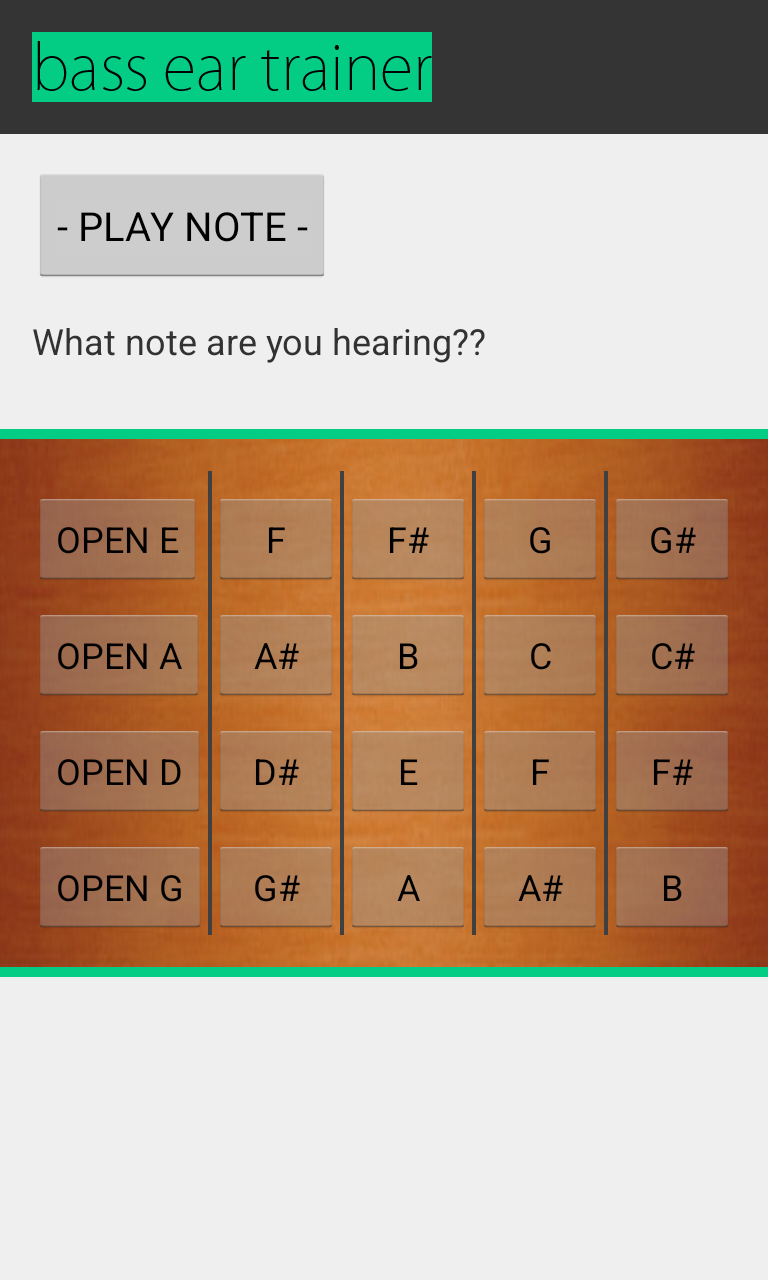
Repository: elliott-ribner/android-guitar-trainer
Layout: randomnotegenerator/res/layout/activity_main.xml
An editor plug-in stored every save of this project. The layout is shown before and after the next save, followed by the edit.
It is drawn on a 768 x 1280 px phone screen (xhdpi) without system bars, with theme AppTheme; the app's code is not run.

Above is the layout before, as saved 2014-06-15 19:09:27.

### randomnotegenerator/res/layout/activity_main.xml
<LinearLayout xmlns:android="http://schemas.android.com/apk/res/android"
    xmlns:tools="http://schemas.android.com/tools"
    android:layout_width="match_parent"
    android:layout_height="match_parent"
    android:background="#efefef"
    android:orientation="vertical"
    tools:context="com.elliott.randomnotegenerator.MainActivity$PlaceholderFragment" >

    <LinearLayout
        android:layout_width="fill_parent"
        android:layout_height="wrap_content"
        android:background="#343434"
        android:paddingBottom="@dimen/activity_vertical_margin"
        android:paddingLeft="@dimen/activity_horizontal_margin"
        android:paddingRight="@dimen/activity_horizontal_margin"
        android:paddingTop="@dimen/activity_vertical_margin" >

        <LinearLayout
            android:layout_width="wrap_content"
            android:layout_height="wrap_content"
            android:background="@drawable/title"
            android:paddingBottom="@dimen/activity_vertical_margin"
            android:paddingLeft="@dimen/activity_horizontal_margin"
            android:paddingRight="@dimen/activity_horizontal_margin"
            android:paddingTop="@dimen/activity_vertical_margin" />
    </LinearLayout>

    <LinearLayout
        android:layout_width="fill_parent"
        android:layout_height="wrap_content"
        android:orientation="vertical"
        android:paddingBottom="@dimen/activity_vertical_margin"
        android:paddingLeft="@dimen/activity_horizontal_margin"
        android:paddingRight="@dimen/activity_horizontal_margin"
        android:paddingTop="@dimen/activity_vertical_margin" >

        <Button
            android:id="@+id/ButtonPlay"
            android:layout_width="wrap_content"
            android:layout_height="wrap_content"
            android:paddingBottom="@dimen/activity_vertical_margin"
            android:paddingTop="@dimen/activity_vertical_margin"
            android:text="@string/play"
            android:textSize="20sp" />

        <TextView
            android:id="@+id/promptBox"
            android:layout_width="wrap_content"
            android:layout_height="wrap_content"
            android:paddingBottom="@dimen/activity_vertical_margin"
            android:paddingTop="@dimen/activity_vertical_margin"
            android:text="@string/prompt"
            android:textSize="18sp" />
    </LinearLayout>

    <LinearLayout
        android:layout_width="fill_parent"
        android:layout_height="5dip"
        android:background="#03cc85"
        android:paddingBottom="@dimen/activity_vertical_margin"
        android:paddingLeft="@dimen/activity_horizontal_margin"
        android:paddingRight="@dimen/activity_horizontal_margin"
        android:paddingTop="@dimen/activity_vertical_margin" />

    <LinearLayout
        android:layout_width="fill_parent"
        android:layout_height="wrap_content"
        android:background="@drawable/background"
        android:orientation="horizontal"
        android:paddingBottom="@dimen/activity_vertical_margin"
        android:paddingLeft="@dimen/activity_horizontal_margin"
        android:paddingRight="@dimen/activity_horizontal_margin"
        android:paddingTop="@dimen/activity_vertical_margin" >

        <LinearLayout
            android:layout_width="wrap_content"
            android:layout_height="wrap_content"
            android:orientation="vertical" >

            <Button
                android:id="@+id/ButtonEL"
                android:layout_width="wrap_content"
                android:layout_height="wrap_content"
                android:layout_marginTop="10dp"
                android:text="@string/el" />

            <Button
                android:id="@+id/ButtonAL"
                android:layout_width="wrap_content"
                android:layout_height="wrap_content"
                android:layout_marginTop="10dp"
                android:text="@string/al" />

            <Button
                android:id="@+id/ButtonD"
                android:layout_width="wrap_content"
                android:layout_height="wrap_content"
                android:layout_marginTop="10dp"
                android:text="@string/d" />

            <Button
                android:id="@+id/ButtonG"
                android:layout_width="wrap_content"
                android:layout_height="wrap_content"
                android:layout_marginTop="10dp"
                android:text="@string/g" />
        </LinearLayout>

        <View
            android:layout_width="2dip"
            android:layout_height="fill_parent"
            android:background="#404040" />

        <LinearLayout
            android:layout_width="wrap_content"
            android:layout_height="wrap_content"
            android:orientation="vertical" >

            <Button
                android:id="@+id/ButtonFL"
                android:layout_width="wrap_content"
                android:layout_height="wrap_content"
                android:layout_marginTop="10dp"
                android:text="@string/fl" />

            <Button
                android:id="@+id/ButtonASL"
                android:layout_width="wrap_content"
                android:layout_height="wrap_content"
                android:layout_marginTop="10dp"
                android:text="@string/asl" />

            <Button
                android:id="@+id/ButtonDS"
                android:layout_width="wrap_content"
                android:layout_height="wrap_content"
                android:layout_marginTop="10dp"
                android:text="@string/ds" />

            <Button
                android:id="@+id/ButtonGS"
                android:layout_width="wrap_content"
                android:layout_height="wrap_content"
                android:layout_marginTop="10dp"
                android:text="@string/gs" />
        </LinearLayout>

        <View
            android:layout_width="2dip"
            android:layout_height="fill_parent"
            android:background="#404040" />

        <LinearLayout
            android:layout_width="wrap_content"
            android:layout_height="wrap_content"
            android:orientation="vertical" >

            <Button
                android:id="@+id/ButtonFSL"
                android:layout_width="wrap_content"
                android:layout_height="wrap_content"
                android:layout_marginTop="10dp"
                android:text="@string/fsl" />

            <Button
                android:id="@+id/ButtonBL"
                android:layout_width="wrap_content"
                android:layout_height="wrap_content"
                android:layout_marginTop="10dp"
                android:text="@string/bl" />

            <Button
                android:id="@+id/ButtonE"
                android:layout_width="wrap_content"
                android:layout_height="wrap_content"
                android:layout_marginTop="10dp"
                android:text="@string/e" />

            <Button
                android:id="@+id/ButtonA"
                android:layout_width="wrap_content"
                android:layout_height="wrap_content"
                android:layout_marginTop="10dp"
                android:text="@string/a" />
        </LinearLayout>

        <View
            android:layout_width="2dip"
            android:layout_height="fill_parent"
            android:background="#404040" />

        <LinearLayout
            android:layout_width="wrap_content"
            android:layout_height="wrap_content"
            android:orientation="vertical" >

            <Button
                android:id="@+id/ButtonGL"
                android:layout_width="wrap_content"
                android:layout_height="wrap_content"
                android:layout_marginTop="10dp"
                android:text="@string/gl" />

            <Button
                android:id="@+id/ButtonC"
                android:layout_width="wrap_content"
                android:layout_height="wrap_content"
                android:layout_marginTop="10dp"
                android:text="@string/c" />

            <Button
                android:id="@+id/ButtonF"
                android:layout_width="wrap_content"
                android:layout_height="wrap_content"
                android:layout_marginTop="10dp"
                android:text="@string/f" />

            <Button
                android:id="@+id/ButtonAS"
                android:layout_width="wrap_content"
                android:layout_height="wrap_content"
                android:layout_marginTop="10dp"
                android:text="@string/as" />
        </LinearLayout>

        <View
            android:layout_width="2dip"
            android:layout_height="fill_parent"
            android:background="#404040" />

        <LinearLayout
            android:layout_width="wrap_content"
            android:layout_height="wrap_content"
            android:orientation="vertical" >

            <Button
                android:id="@+id/ButtonGSL"
                android:layout_width="wrap_content"
                android:layout_height="wrap_content"
                android:layout_marginTop="10dp"
                android:text="@string/gsl" />

            <Button
                android:id="@+id/ButtonCS"
                android:layout_width="wrap_content"
                android:layout_height="wrap_content"
                android:layout_marginTop="10dp"
                android:text="@string/cs" />

            <Button
                android:id="@+id/ButtonFS"
                android:layout_width="wrap_content"
                android:layout_height="wrap_content"
                android:layout_marginTop="10dp"
                android:text="@string/fs" />

            <Button
                android:id="@+id/ButtonB"
                android:layout_width="wrap_content"
                android:layout_height="wrap_content"
                android:layout_marginTop="10dp"
                android:text="@string/b" />
        </LinearLayout>
    </LinearLayout>

    <LinearLayout
        android:layout_width="fill_parent"
        android:layout_height="5dip"
        android:background="#03cc85"
        android:paddingBottom="@dimen/activity_vertical_margin"
        android:paddingLeft="@dimen/activity_horizontal_margin"
        android:paddingRight="@dimen/activity_horizontal_margin"
        android:paddingTop="@dimen/activity_vertical_margin" />

    <LinearLayout
        android:layout_width="fill_parent"
        android:layout_height="wrap_content"
        android:orientation="vertical"
        android:paddingBottom="@dimen/activity_vertical_margin"
        android:paddingLeft="@dimen/activity_horizontal_margin"
        android:paddingRight="@dimen/activity_horizontal_margin"
        android:paddingTop="@dimen/activity_vertical_margin" >

        <TextView
            android:id="@+id/resultBox"
            android:layout_width="wrap_content"
            android:layout_height="wrap_content"
            android:text="@string/result"
            android:textSize="24sp" />
    </LinearLayout>

</LinearLayout>

### randomnotegenerator/res/values/strings.xml
<?xml version="1.0" encoding="utf-8"?>
<resources>

    <string name="app_name">Bass Guitar Ear Trainer</string>
    <string name="hello_world">Hello world!</string>
    <string name="action_settings">Settings</string>
	<string name="play">- PLAY NOTE -</string>
	<string name="prompt">What note are you hearing??</string>
	<string name="result"></string>
	<string name="c">C</string>
	<string name="cs">C#</string>
	<string name="d">OPEN D</string>
	<string name="ds">D#</string>
	<string name="e">E</string>
	<string name="f">F</string>
	<string name="fs">F#</string>
	<string name="g">OPEN G</string>
	<string name="gs">G#</string>
	<string name="a"> A</string>
	<string name="as">A#</string>
	<string name="b">B</string>
	<string name="el">OPEN E</string>
	<string name="fl">F</string>
	<string name="fsl">F#</string>
	<string name="gl">G</string>
	<string name="gsl">G#</string>
	<string name="al">OPEN A</string>
	<string name="asl">A#</string>
	<string name="bl">B</string>

</resources>

Loaded but not shown: randomnotegenerator/res/values/styles.xml (common file); randomnotegenerator/res/values-v11/styles.xml (common file); randomnotegenerator/res/values-v14/styles.xml (common file); randomnotegenerator/res/values/dimens.xml (common file); randomnotegenerator/res/values-w820dp/dimens.xml (common file)

After the next save:
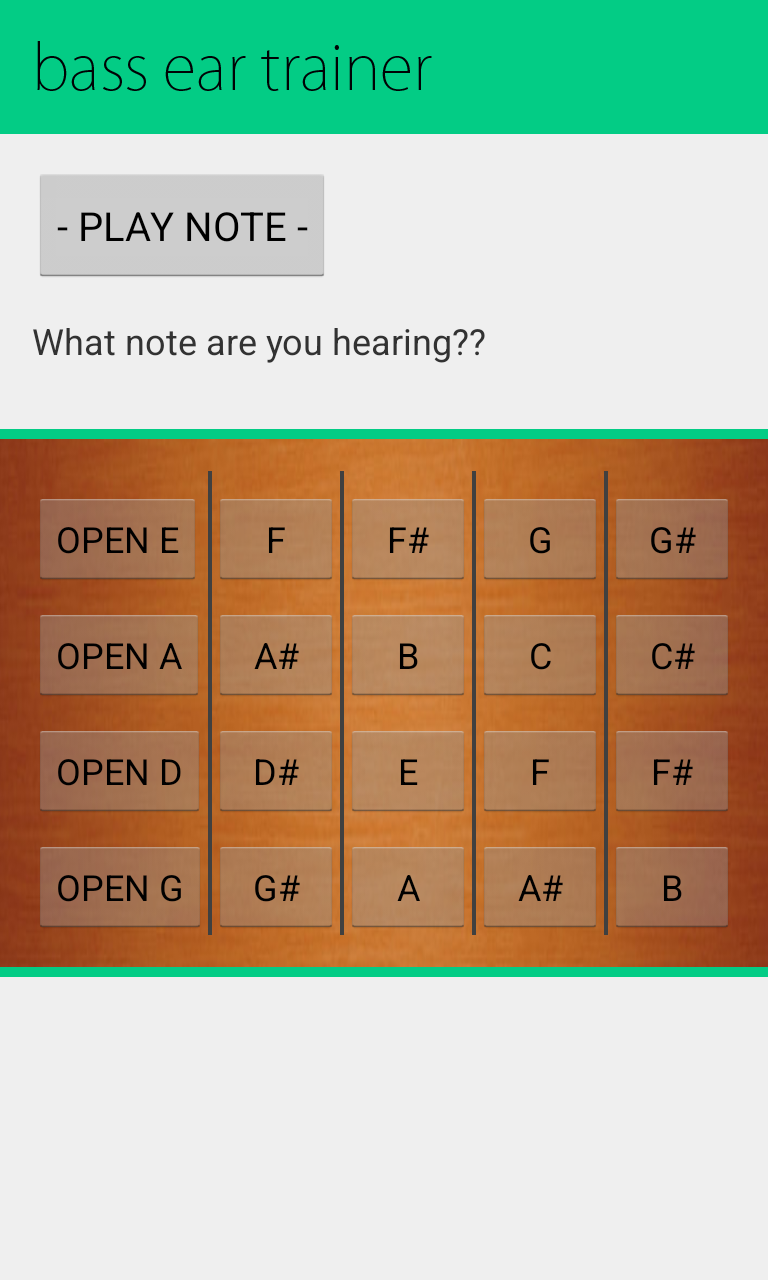
Saved 4 min 51 s later.
--- a/randomnotegenerator/res/layout/activity_main.xml
+++ b/randomnotegenerator/res/layout/activity_main.xml
@@ -9,7 +9,7 @@
     <LinearLayout
         android:layout_width="fill_parent"
         android:layout_height="wrap_content"
-        android:background="#343434"
+        android:background="#03cc85"
         android:paddingBottom="@dimen/activity_vertical_margin"
         android:paddingLeft="@dimen/activity_horizontal_margin"
         android:paddingRight="@dimen/activity_horizontal_margin"
